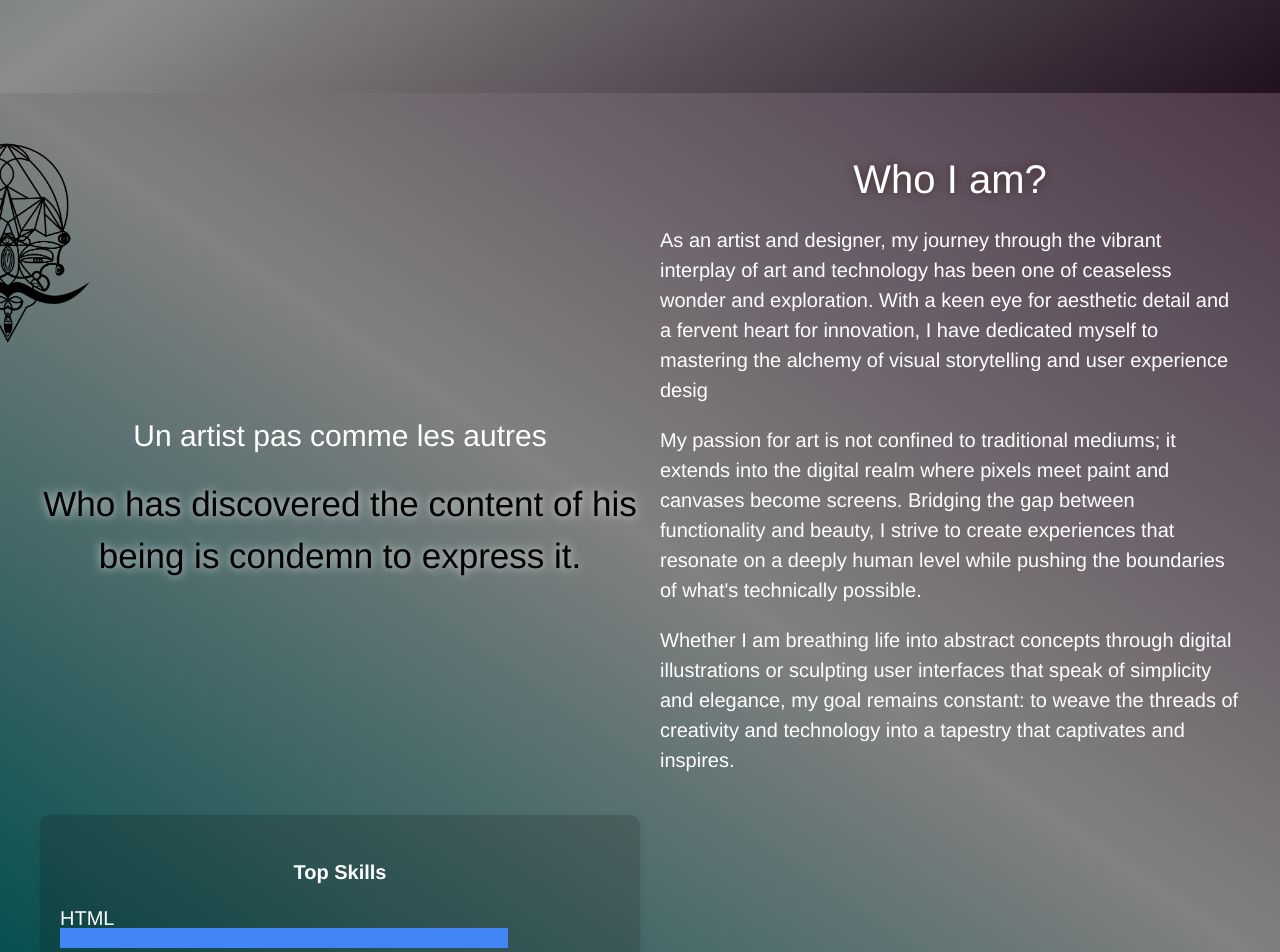
Repository: al-XLeMEsTRE/al-XLeMEsTRE
Page: index.html
These files come from the project's save history. The page is drawn as it stood at one moment and after the next save; the edit follows.
The browser window is 1280 px wide. The pictures show the part of the page from y = 787 to 1739 px (the page is 5520 px tall).
A picture or video elsewhere on the page could not be fetched, so the positions and the page height are approximate.

Above is the page before, as saved 2023-11-23 19:29:49.

After the next save:
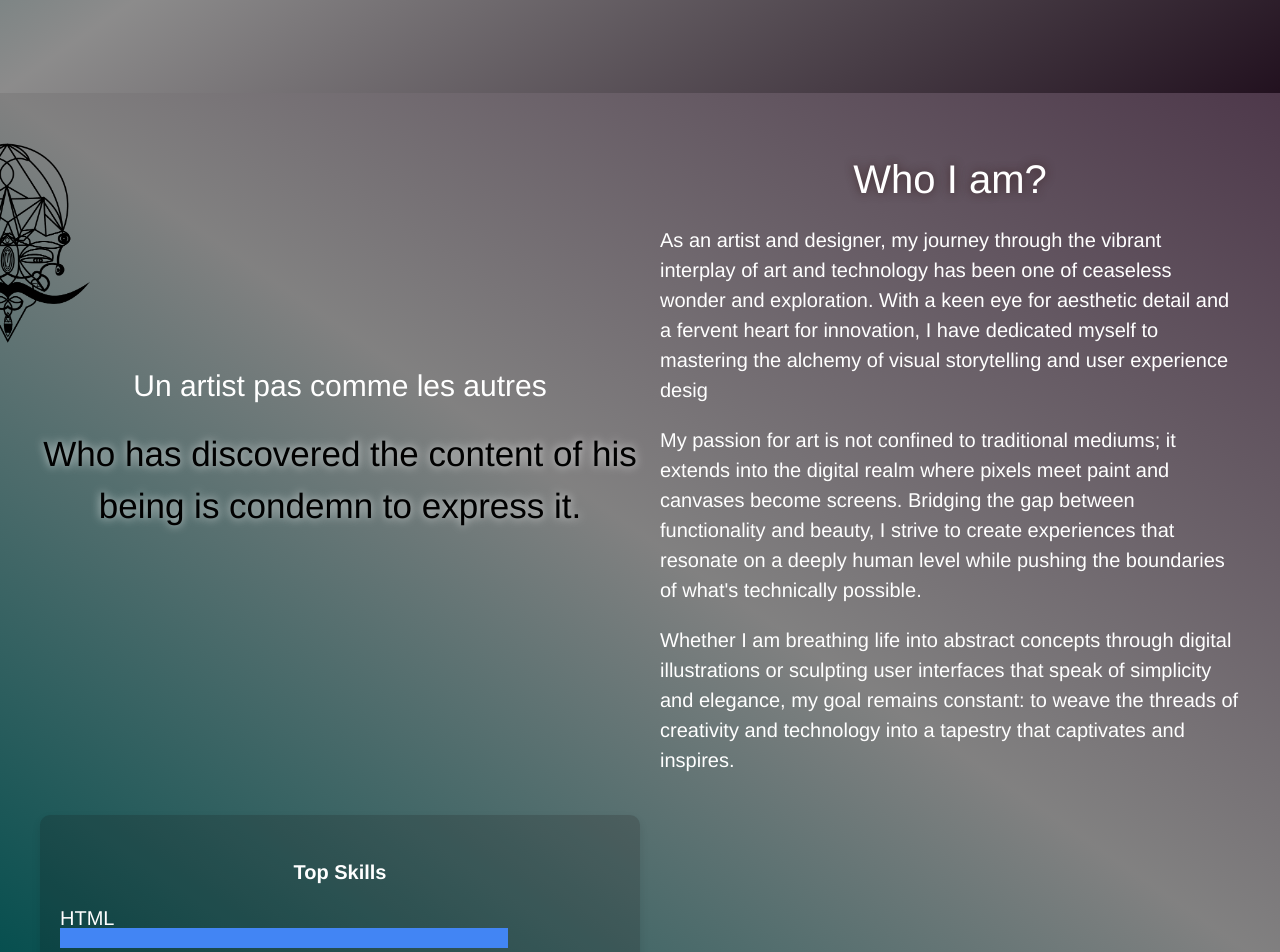
Saved 6 s later.
--- a/style/styles.css
+++ b/style/styles.css
@@ -228,7 +228,7 @@
 }
 
 .about__heading {
-  margin-top: 70px;
+  margin-top: 20px;
   color: #ffffff;
   text-align: center;
   margin-bottom: 20px;
